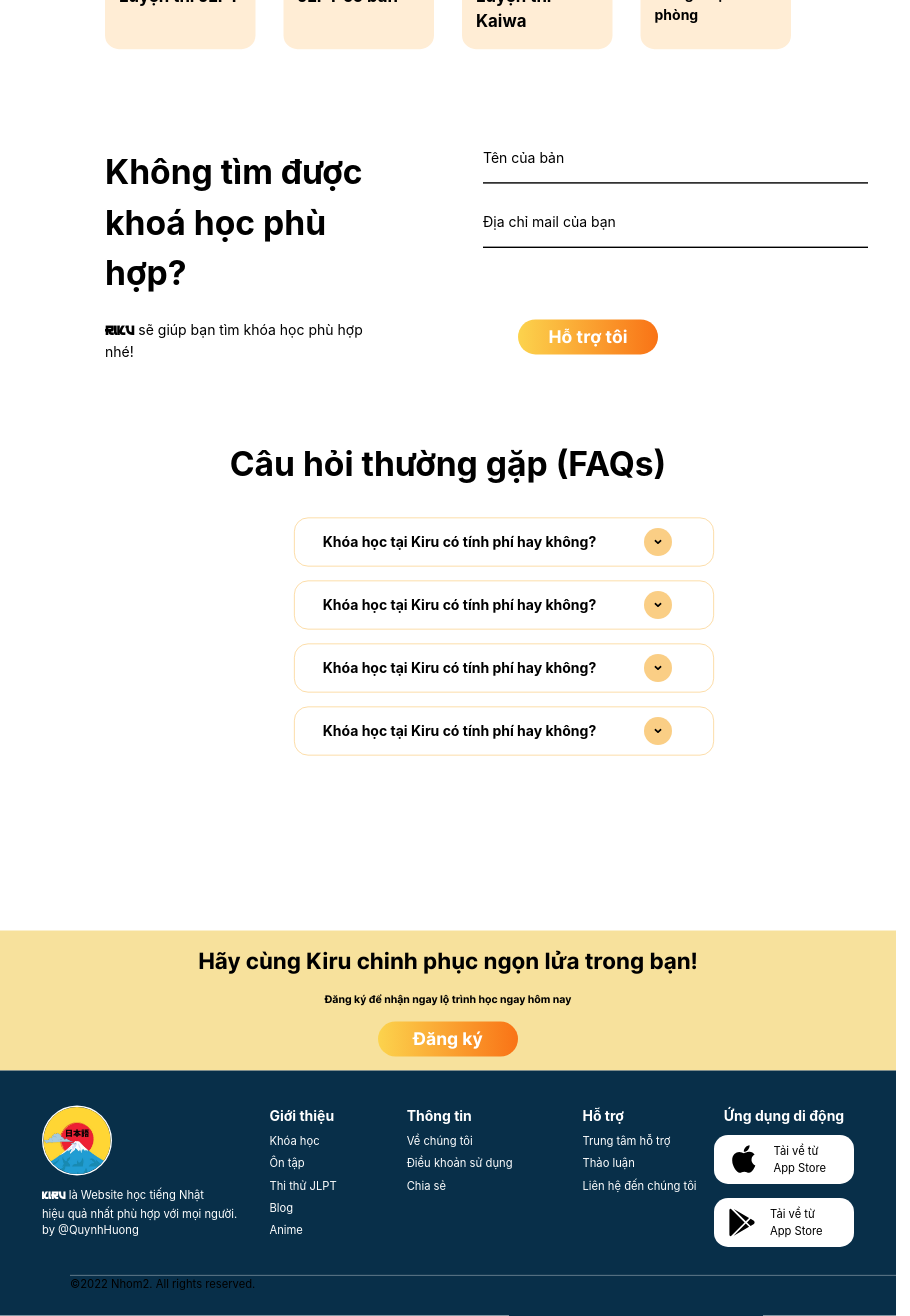
Repository: Quynhhuong150322/Kiru_Website-hoc-tieng-Nhat
Page: /
These files come from the project's save history. The page is drawn as it stood at one moment and after the next save; the edit follows.
The browser window is 1280 px wide. The page is 1300 px wide, so the pictures cover 1300 px, including what lies to the right of the window. The pictures show the part of the page from y = 3245 to 5125 px (the page is 5125 px tall), at 70% of full size.
The project was rebuilt for these pictures with package versions that can differ from the ones it lists, and the page was loaded fresh each time.

Above is the page before, as saved 2023-08-17 02:47:00.

### public/index.html
<!DOCTYPE html>
<html lang="en">
  <head>
    <meta charset="utf-8" />
    <link rel="icon" href="%PUBLIC_URL%/favicon.ico" />
    <meta name="viewport" content="width=device-width, initial-scale=1" />
    <meta name="theme-color" content="#000000" />
    <meta
      name="description"
      content="Web site created using create-react-app"
    />
    <link rel="apple-touch-icon" href="%PUBLIC_URL%/logo192.png" />
    <!--
      manifest.json provides metadata used when your web app is installed on a
      user's mobile device or desktop. See https://developers.google.com/web/fundamentals/web-app-manifest/
    -->
    <link rel="manifest" href="%PUBLIC_URL%/manifest.json" />
    <!--
      Notice the use of %PUBLIC_URL% in the tags above.
      It will be replaced with the URL of the `public` folder during the build.
      Only files inside the `public` folder can be referenced from the HTML.

      Unlike "/favicon.ico" or "favicon.ico", "%PUBLIC_URL%/favicon.ico" will
      work correctly both with client-side routing and a non-root public URL.
      Learn how to configure a non-root public URL by running `npm run build`.
    -->
    <title>Kiru web</title>
  </head>
  <body>
    <noscript>You need to enable JavaScript to run this app.</noscript>
    <div id="root"></div>
    <!--
      This HTML file is a template.
      If you open it directly in the browser, you will see an empty page.

      You can add webfonts, meta tags, or analytics to this file.
      The build step will place the bundled scripts into the <body> tag.

      To begin the development, run `npm start` or `yarn start`.
      To create a production bundle, use `npm run build` or `yarn build`.
    -->
  </body>
</html>

### src/index.js
import React from 'react';
import ReactDOM from 'react-dom/client';
import './index.css';
import App from './App';
import reportWebVitals from './reportWebVitals';
import { BrowserRouter} from "react-router-dom";


const root = ReactDOM.createRoot(document.getElementById('root'));
root.render(
  <React.StrictMode>
    <BrowserRouter>
      <App />
    </BrowserRouter>
  </React.StrictMode>
);

// If you want to start measuring performance in your app, pass a function
// to log results (for example: reportWebVitals(console.log))
// or send to an analytics endpoint. Learn more: https://bit.ly/CRA-vitals
reportWebVitals();

### src/App.js
import './App.css';
import HeaderBefor from "./component/header_footer/HeaderBefor";
import Footer from "./component/header_footer/footer";
// import MyRoutes from './route/MyRoutes';
import GioiThieu from "./component/Gioi_thieu"
import KhoaHocBefor from "./component/Khoa_hoc_befor";
import LienHe from "./component/Lien_he";
import FAQs from "./component/FAQs";


function App() {
  return (
    <div className = "bg-white">
      {/* <MyRoutes></MyRoutes> */}
      <HeaderBefor></HeaderBefor>
      <GioiThieu></GioiThieu>
      <KhoaHocBefor></KhoaHocBefor>
      <LienHe></LienHe>
      <FAQs></FAQs>
      <Footer></Footer>
    </div>
  );
}

export default App;

### src/App.css
.App {
  text-align: center;
}

.App-logo {
  height: 40vmin;
  pointer-events: none;
}

@media (prefers-reduced-motion: no-preference) {
  .App-logo {
    animation: App-logo-spin infinite 20s linear;
  }
}

.App-header {
  background-color: #282c34;
  min-height: 100vh;
  display: flex;
  flex-direction: column;
  align-items: center;
  justify-content: center;
  font-size: calc(10px + 2vmin);
  color: white;
}

.App-link {
  color: #61dafb;
}

@keyframes App-logo-spin {
  from {
    transform: rotate(0deg);
  }
  to {
    transform: rotate(360deg);
  }
}

@font-face {
  font-family: Japanese;
  src: url(./font/Japanese\ 3017.ttf);
}

@font-face {
  font-family: InterBold;
  src: url(./font/Inter-Bold.ttf);
}

@font-face {
  font-family: InterRegular;
  src: url(./font/Inter-Regular.ttf);
}

@font-face {
  font-family: Montserrat;
  src: url(./font/MontserratAlternates-Bold.otf);
}

### src/component/header_footer/HeaderBefor.js
import React from "react";
import logo from "../../image/logo.png"
import { Link } from "react-router-dom";

const Header = () => {
    return (
        <div className = "bg-white top-0 h-[70px] ">
            <div class="flex justify-between items-center p-1">
                <Link to = "/">
                    <div className="flex flex-row items-center gap-5 pl-[50px] justify-center">
                        <img
                            className="h-[55px] w-55px] rounded-full "
                            src = {logo}
                            alt = "logo"
                        />
                        <div className="font-japanese text-[40px] font-bold">Kiru</div>
                    </div>
                </Link>
                <div className=""></div>
                    <ul className="flex space-x-4 justify-start gap-10 font-interBold text-[17px] pr-28 ">
                        <li className="hover:text-yellow-500">
                            <Link to = "/GioiThieu">Giới Thiệu</Link>
                        </li>
                        <li className="hover:text-yellow-500">
                            <Link to = "/LienHe">Liên hệ</Link>
                        </li>
                        <li className="hover:text-yellow-500">
                            <Link to = "/KhoaHocBefor">Khoá học</Link>
                        </li>
                        <li className="hover:text-yellow-500">
                            <Link to = "/FAQs">FAQs</Link>
                        </li>
                    </ul>
                <div className="pr-[50px] flex items-center ">
                    <ul className="flex space-x-4 justify-start gap-1 font-interBold text-[17px] items-center">
                        <li>
                            <button
                                type="button"
                                className="w-[117px] h-10 rounded-[20px] hover:border-2 border-amber-500 hover:text-sky-500">
                                Đăng nhập
                            </button>
                        </li>
                        <li>
                            <button
                                type="button"
                                className = "w-28 h-10 rounded-[20px] text-white bg-gradient-to-r from-amber-300  to-orange-500 hover:border-2 border-amber-700 hover:text-sky-500">
                                Đăng ký
                            </button>
                        </li>
                    </ul>
                </div>
            </div>

        </div>
    );
};
export default Header;

### src/component/header_footer/footer.js
import React from "react";
import logo from "../../image/logo.png";
import {FaApple, FaGooglePlay} from "react-icons/fa";

const Footer = () => {
    return (
        <div class="h-[350px] bg-sky-950">
            <div className=" flex justify-between pt-[50px] px-[60px]">
                <div className="flex-initial w-[300px]">
                    <img
                        className="h-[100px] w-100px] rounded-full border-2 border-white"
                        src = {logo}
                        alt = "logo"
                    />
                    <p className="text-white pt-4"> <a className="font-bold font-japanese">Kiru</a> là Website học tiếng Nhật <p> hiệu quả nhất phù hợp với mọi người.</p> <p className="">by @QuynhHuong</p></p>
                </div>
                <div className="flex flex-row gap-[100px]">
                    <ul class="list-none text-white">
                        <li className="font-bold text-[20px]">Giới thiệu</li>
                        <li className="hover:text-yellow-500 pt-2">Khóa học </li>
                        <li className="hover:text-yellow-500 pt-2">Ôn tập </li>
                        <li className="hover:text-yellow-500 pt-2">Thi thử JLPT</li>
                        <li className="hover:text-yellow-500 pt-2">Blog</li>
                        <li className="hover:text-yellow-500 pt-2">Anime</li>
                    </ul>
                    <ul class="list-none text-white">
                        <li className="font-bold text-[20px]">Thông tin</li>
                        <li className="hover:text-yellow-500 pt-2">Về chúng tôi </li>
                        <li className="hover:text-yellow-500 pt-2">Điều khoản sử dụng</li>
                        <li className="hover:text-yellow-500 pt-2">Chia sẻ</li>
                    </ul>
                    <ul class="list-none text-white">
                        <li className="font-bold text-[20px]">Hỗ trợ</li>
                        <li className="hover:text-yellow-500 pt-2">Trung tâm hỗ trợ</li>
                        <li className="hover:text-yellow-500 pt-2">Thảo luận</li>
                        <li className="hover:text-yellow-500 pt-2">Liên hệ đến chúng tôi </li>
                    </ul>
                </div>
                <div className="">
                    <p className="text-white text-[20px] font-bold text-center pb-3">Ứng dụng di động</p>
                    <div className="h-[70px] w-[200px] bg-white rounded-[20px] flex gap-5 items-center">
                        <div className="pl-5">
                            <FaApple className="w-[45px] h-[45px]"/>
                        </div>
                        <div className="flex-initial w-64">
                            Tải về từ <p className="">App Store</p>
                        </div>
                    </div>
                    <div className="pt-5">
                        <div className="h-[70px] w-[200px] bg-white rounded-[20px] flex gap-5 items-center">
                            <div className="pl-5 ">
                                <FaGooglePlay className="w-[40px] h-[40px]"/>
                            </div>
                            <div className="flex-initial w-64">
                                Tải về từ <p className="">App Store</p>
                            </div>
                        </div>
                    </div>
                </div>
            </div>
            <div className="pt-10 px-[100px]">
                <div className="h-[1px] w-[1200px] bg-white/50 "></div>
                <p className="">©2022 Nhom2. All rights reserved.</p>
            </div>
        </div>

    );
}
export default Footer;

### src/component/Khoa_hoc_befor.js
import React from "react";
import photo4 from "../image/photo4.png";
import photo5 from "../image/photo5.png";
import photo6 from "../image/photo6.png";
import photo7 from "../image/photo7.png";

const KhoaHocBefor = () => {
    return (
        <div className="">
            <div className="">
                <div className="pt-[100px] pl-[150px] font-inter font-bold text-[48px] w-[650px]">Gợi ý khóa học có thể phù hợp với bạn</div>
                <dic className="flex flex-row gap-10 px-[150px] py-10">
                    <div className="w-[250px] h-[350px] bg-orange-100 rounded-[20px] py-5 px-5">
                        <div className="">
                            <img
                                className=" rounded-[20px]  "
                                src = {photo4}
                                alt = "Photo4"
                            />
                        </div>
                        <div className="pt-5 font-inter font-bold text-[24px]">Luyện thi JLPT</div>
                    </div>
                    <div className="w-[250px] h-[350px] bg-orange-100 rounded-[20px] py-5 px-5">
                        <div className="">
                            <img
                                className=" rounded-[20px]  "
                                src = {photo5}
                                alt = "Photo5"
                            />
                        </div>
                        <div className="pt-5 font-inter font-bold text-[24px]">JLPT cơ bản</div>
                    </div>
                    <div className="w-[250px] h-[350px] bg-orange-100 rounded-[20px] py-5 px-5">
                        <div className="">
                            <img
                                className=" rounded-[20px]  "
                                src = {photo6}
                                alt = "Photo6"
                            />
                        </div>
                        <div className="pt-5 font-inter font-bold text-[24px]">Luyện thi Kaiwa</div>
                    </div>
                    <div className="w-[250px] h-[350px] bg-orange-100 rounded-[20px] py-5 px-5">
                        <div className="">
                            <img
                                className=" rounded-[20px]  "
                                src = {photo7}
                                alt = "Photo7"
                            />
                        </div>
                        <div className="pt-5 font-inter font-bold text-[20px]">Tiếng Nhật văn phòng</div>
                    </div>
                </dic>
            </div>
        </div>
    )
}
export default KhoaHocBefor;

### src/component/Lien_he.js
import React from "react";


const LienHe = () => {
    return (
        <div className="">
            <div className="grid grid-cols-2 gap-[100px] pt-[100px]">
                <div className="font-inter font-bold text-[48px] pl-[150px] ">Không tìm được khoá học phù hợp?</div>
                <div className="">
                    <div className="">
                        <p className="font-inter  text-[20px] pb-5">Tên của bản</p>
                        <div className="h-[2px] w-[550px] bg-black "></div>
                    </div>
                    <div className="">
                        <p className="font-inter  text-[20px] pb-5 pt-10">Địa chỉ mail của bạn</p>
                        <div className="h-[2px] w-[550px] bg-black "></div>
                    </div>
                </div>
            </div>
            <div className="grid grid-cols-2 gap-[200px] pt-[30px]">
                <div className="font-inter text-[20px] pl-[150px]"><a className="font-japanese font-bold">Riku</a> sẽ giúp bạn tìm khóa học phù hợp nhé!</div>
                <div className="">
                    <button
                        type="button"
                        className = "w-[200px] h-[50px] rounded-[40px] text-white bg-gradient-to-r from-amber-300  to-orange-500 hover:border-2 border-amber-700 hover:text-sky-500 font-interBold text-[25px] items-center">
                        Hỗ trợ tôi
                    </button>
                </div>
            </div>

        </div>
    )
}
export default LienHe;

### src/component/FAQs.js
import React from "react";
import {FaAngleDown} from "react-icons/fa";


const FAQs = () => {
    return (
        <div className="">
            <div className="">
                <div className="pt-[110px] font-inter font-bold text-[48px] text-center pb-10">Câu hỏi thường gặp (FAQs)</div>
                <div className="px-[420px] content-center  ">
                    <div className="h-[70px] w-[600px]  border border-amber-500/50 rounded-[20px]  px-10 grid grid-cols-2 gap-[400px] items-center">
                        <p className="flex-initial w-[800px] font-bold text-[20px]">Khóa học tại Kiru có tính phí hay không?</p>
                        <div className="w-[40px] h-[40px] bg-amber-500/50 rounded-[30px] items-center py-3 pl-3">
                            <FaAngleDown/>
                        </div>
                    </div>
                </div>
                <div className="px-[420px] content-center pt-5 ">
                    <div className="h-[70px] w-[600px]  border border-amber-500/50 rounded-[20px]  px-10 grid grid-cols-2 gap-[400px] items-center">
                        <p className="flex-initial w-[800px] font-bold text-[20px]">Khóa học tại Kiru có tính phí hay không?</p>
                        <div className="w-[40px] h-[40px] bg-amber-500/50 rounded-[30px] items-center py-3 pl-3">
                            <FaAngleDown/>
                        </div>
                    </div>
                </div>
                <div className="px-[420px] content-center pt-5 ">
                    <div className="h-[70px] w-[600px]  border border-amber-500/50 rounded-[20px]  px-10 grid grid-cols-2 gap-[400px] items-center">
                        <p className="flex-initial w-[800px] font-bold text-[20px]">Khóa học tại Kiru có tính phí hay không?</p>
                        <div className="w-[40px] h-[40px] bg-amber-500/50 rounded-[30px] items-center py-3 pl-3">
                            <FaAngleDown/>
                        </div>
                    </div>
                </div>
                <div className="px-[420px] content-center pt-5 ">
                    <div className="h-[70px] w-[600px]  border border-amber-500/50 rounded-[20px]  px-10 grid grid-cols-2 gap-[400px] items-center">
                        <p className="flex-initial w-[800px] font-bold text-[20px]">Khóa học tại Kiru có tính phí hay không?</p>
                        <div className="w-[40px] h-[40px] bg-amber-500/50 rounded-[30px] items-center py-3 pl-3">
                            <FaAngleDown/>
                        </div>
                    </div>
                </div>
            </div>
            <div className="pt-[250px] ">
                <div className="h-[200px] bg-yellow-500/40 items-center">
                    <div className="text-[32px] font-interBold text-center pt-5">Hãy cùng Kiru chinh phục ngọn lửa trong bạn!</div>
                    <p className="text-[15px] font-interBold text-center pt-5">Đăng ký để nhận ngay lộ trình học ngay hôm nay</p>
                    <div className="text-center pt-5">
                        <button
                            type="button"
                            className = "w-[200px] h-[50px] rounded-[40px] text-white bg-gradient-to-r from-amber-300  to-orange-500 hover:border-2 border-amber-700 hover:text-sky-500 font-interBold text-[25px] items-center">
                            Đăng ký
                        </button>
                    </div>
                </div>
            </div>
        </div>
    )
}
export default FAQs;

### tailwind.config.js
/** @type {import('tailwindcss').Config} */
module.exports = {
  content: ["./src/**/*.{html,js}"],
  // plugins: [require("tailwind-scrollbar")],
  theme: {
    extend: {
      fontSize: {
        sm: '9px',
        base: '13px',
        xl: '20px',
        '2xl': '60px',
        '3xl': '80px',
        '4xl': '90px',
        '5xl': '100px',
      }
    },
    screens: {
      'sm': {'min': '400px', 'max': '767px'},
      // => @media (min-width: 640px and max-width: 767px) { ... }

      'md': {'min': '768px', 'max': '1023px'},
      // => @media (min-width: 768px and max-width: 1023px) { ... }

      'lg': {'min': '1024px', 'max': '1279px'},
      // => @media (min-width: 1024px and max-width: 1279px) { ... }

      'xl': {'min': '1280px', 'max': '1535px'},
      // => @media (min-width: 1280px and max-width: 1535px) { ... }

      '2xl': {'min': '1536px'},
      // => @media (min-width: 1536px) { ... }
    },

    fontFamily: {
      japanese: ['"Japanese"'],
      interBold: ['"InterBold"'],
      interRegular: ['"InterRegular"'],
      montserrat: ['"Montserrat"']
    },
  },
  plugins: [],
}

Loaded but not shown: src/index.css (common file); src/reportWebVitals.js (common file); src/component/Gioi_thieu.js (187 lines, source omitted)

After the next save:
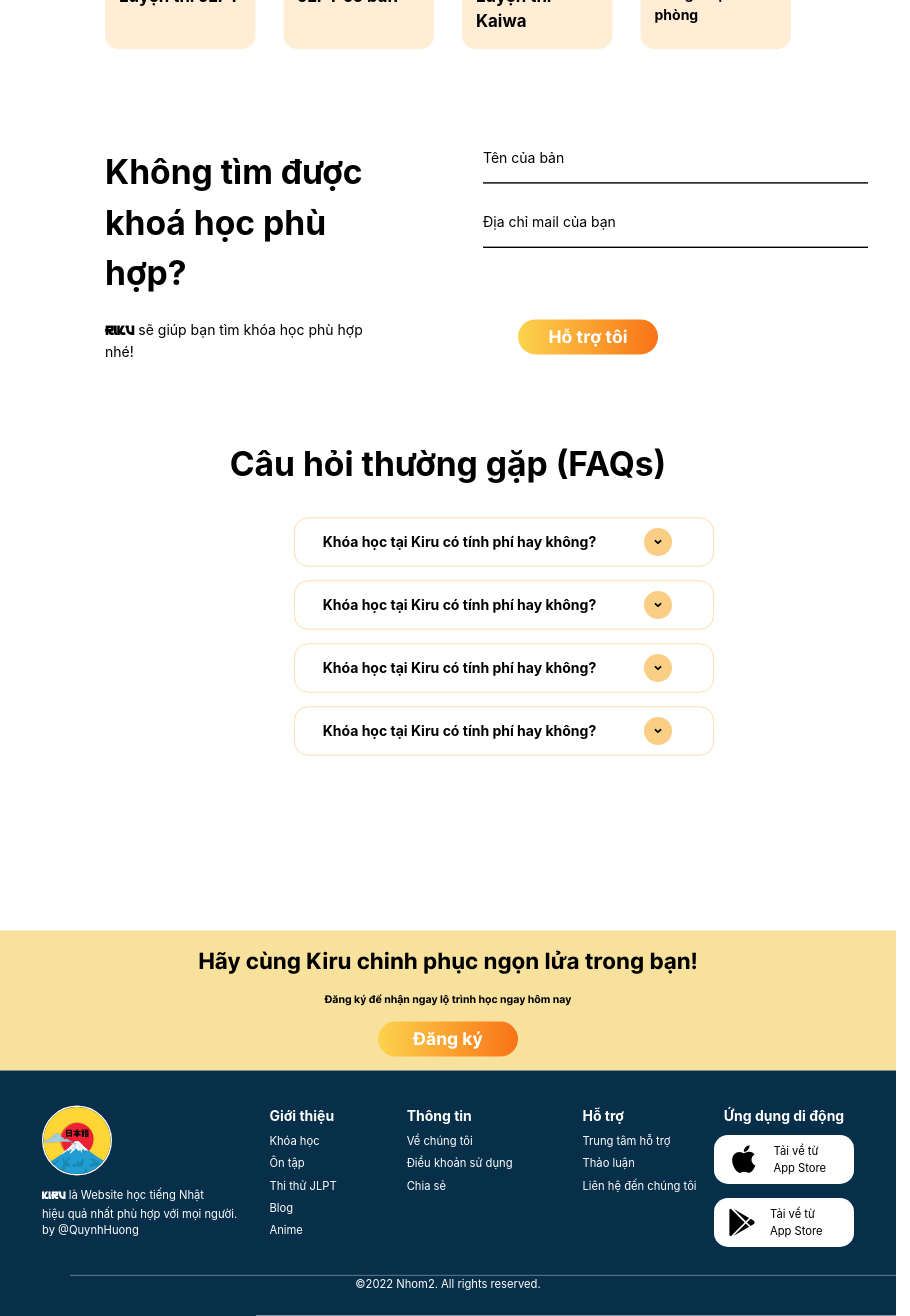
Saved 23 s later.
--- a/src/component/header_footer/footer.js
+++ b/src/component/header_footer/footer.js
@@ -60,7 +60,7 @@ const Footer = () => {
             </div>
             <div className="pt-10 px-[100px]">
                 <div className="h-[1px] w-[1200px] bg-white/50 "></div>
-                <p className="">©2022 Nhom2. All rights reserved.</p>
+                <p className="text-white text-center">©2022 Nhom2. All rights reserved.</p>
             </div>
         </div>
 
